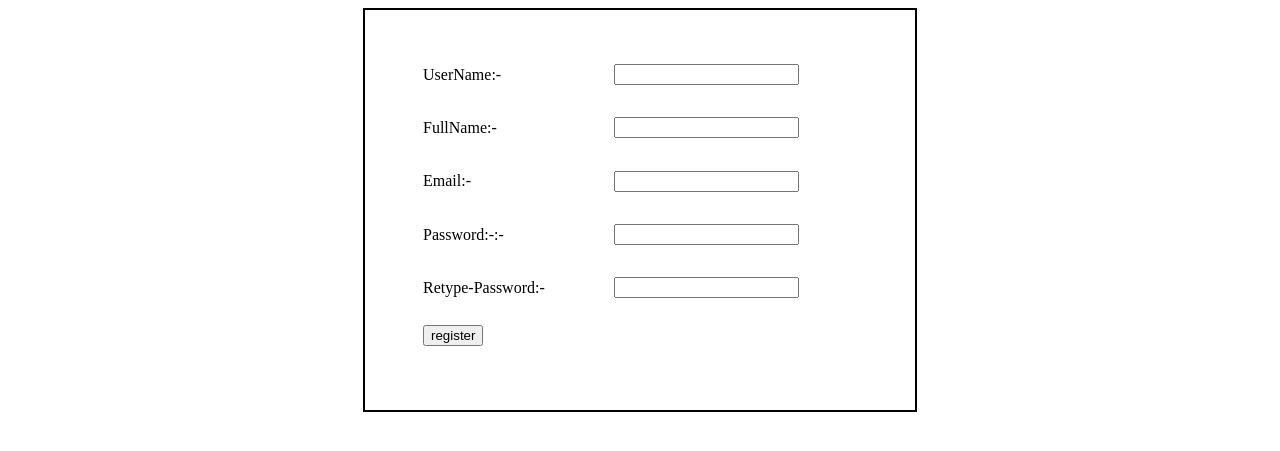
Repository: ShivrajMPujari/ServletApplication
Page: http://localhost/LoginRegistration/Registration.jsp
An editor plug-in stored every save of this project. The page is shown before and after the next save, followed by the edit.
The browser window is 1280 px wide. The pictures show the whole page.
The page is served by Tomcat 9. Other server files are loaded and not shown.

Above is the page before, as saved 2018-07-12 09:32:47.

### LoginRegistration/src/main/webapp/Registration.jsp
<%@ page language="java" contentType="text/html; charset=UTF-8"
    pageEncoding="UTF-8"%>
<!DOCTYPE html PUBLIC "-//W3C//DTD HTML 4.01 Transitional//EN" "http://www.w3.org/TR/html4/loose.dtd">
<html>
<head>
<meta http-equiv="Content-Type" content="text/html; charset=UTF-8">
<title>Insert title here</title>
<link rel="stylesheet" href="register.css">
<script type="text/javascript">
  validation = function (){

  var userName = document.registerForm.userName.value;
  var pass1 = document.registerForm.pass1.value;
  var pass2 = document.registerForm.pass2.value;
  var email = document.registerForm.emailId.value;
  console.log(email);
  var emailRegEx = /^([a-zA-Z0-9_\.\-])+\@(([a-zA-Z0-9\-])+\.)+([a-zA-Z0-9]{2,4})+$/;
  if(userName.length>3 && pass1===pass2 && emailRegEx.test(email)){

    return true;

  }

  if(userName.length<4){
    document.getElementById("username").innerHTML="*username must contain more then 3 characters";
  }
  if (pass1!=pass2){
    document.getElementById("password").innerHTML="*password doesn't matches plz enter again";
  }
  if(!emailRegEx.test(email)){
    document.getElementById("email").innerHTML="*invalid email entered";
  }
  console.log(false);
  return false;
  }


</script>

</head>
<body>
<div class="tableDiv">
<form action="registerUser" method="post" name="registerForm" onsubmit="return validation()">
<table class="loginTabel">
  <tr>

    <td> UserName:- </td>
    <td> <input type="text" name="userName" required> </td>
  </tr>

  <tr>

    <td colspan="2"> <span id="username" class="message"></span> </td>

  </tr>

    <tr>
    <td> FullName:- </td>
    <td> <input type="text" name="fullName" required> </td>
    </tr>

    <tr><td colspan="2"> </td></tr>

  <tr>
    <td> Email:- </td>
    <td> <input type="text" name="emailId" required> </td>
  </tr>

  <tr>
    <td colspan="2"><span id="email" class="message"></span></td>
  </tr>

  <tr>
    <td> Password:-:- </td>
    <td> <input type="password" name="pass1" required> </td>
  </tr>

    <tr><td colspan="2"> <span id="password" class="message" ></span>  </td></tr>

  <tr>
    <td> Retype-Password:- </td>
    <td> <input type="password" name="pass2" required> </td>
  </tr>

   <tr>
    <td colspan="2"> <input type="submit" value="register"> </td>
  </tr>

</table>

</form>
</div>

</body>
</html>

### LoginRegistration/src/main/webapp/register.css
@CHARSET "UTF-8";
.tableDiv{
	height:400px;
	width:550px;
	margin:auto;
	border:2px solid black;
}
.loginTabel{

	height:350px;
	width:520px;
	margin:auto;
    padding-top: 40px;
    padding-left: 40px;
}
.message{
  color: red;
  font-size: 15px;
}

After the next save:
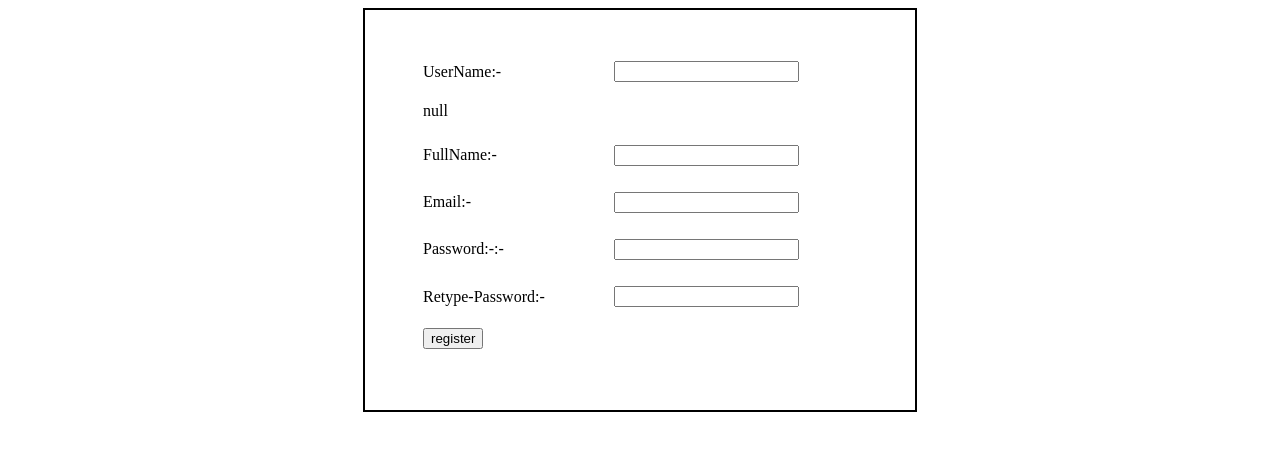
Saved 2 min 51 s later.
--- a/LoginRegistration/src/main/webapp/Registration.jsp
+++ b/LoginRegistration/src/main/webapp/Registration.jsp
@@ -39,6 +39,14 @@
 
 </head>
 <body>
+
+<%
+
+String warning = (String)session.getAttribute("warning");
+session.setAttribute("warning", null);
+session.invalidate();
+%>
+
 <div class="tableDiv">
 <form action="registerUser" method="post" name="registerForm" onsubmit="return validation()">
 <table class="loginTabel">
@@ -47,7 +55,9 @@
     <td> UserName:- </td>
     <td> <input type="text" name="userName" required> </td>
   </tr>
-
+  <tr>
+  <td colspan="2"> <%= warning %> </td>
+   </tr>
   <tr>
 
     <td colspan="2"> <span id="username" class="message"></span> </td>
@@ -89,6 +99,7 @@
 </table>
 
 </form>
+
 </div>
 
 </body>
